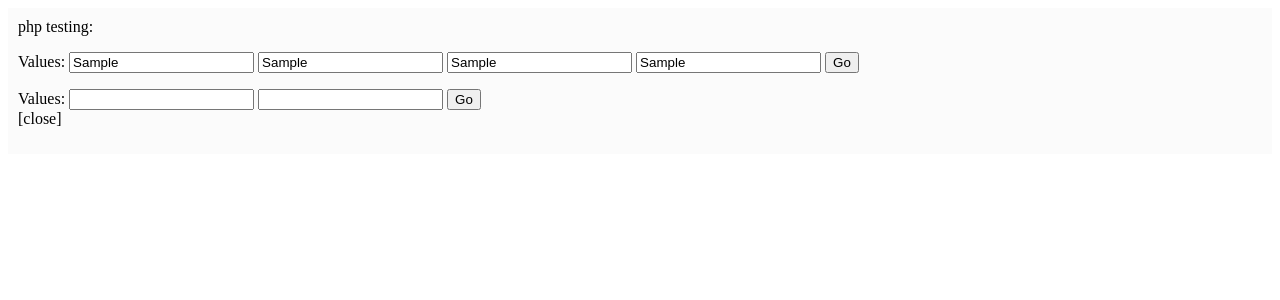
Repository: githubnorm/privat
Page: http://localhost/
An editor plug-in stored every save of this project. The page is shown before and after the next save, followed by the edit.
The browser window is 1280 px wide. The pictures show the whole page.
Empty fields were first filled with sample values (such as "Sample", 5 or name@example.com).
After loading, the first visible `span` was clicked once.
Some web libraries are served in a nearby version. The page is run by PHP 8.4 with error messages shown; the project is at /var/www/html/. Queries for data that is not in the repository find no rows.

Above is the page before, as saved 2014-08-24 14:57:09.

### php/index.php
<!DOCTYPE HTML PUBLIC "-//W3C//DTD HTML 4.01 Transitional//EN" "http://www.w3.org/TR/html4/loose.dtd">
<html>
<head>
<title>php testing</title>
	<meta http-equiv="Content-Type" content="text/html; charset=UTF-8">
	<link rel="stylesheet" type="text/css" href="css/styles.css">
	<script src="http://ajax.googleapis.com/ajax/libs/jquery/1.11.1/jquery.min.js"></script>
	<script src="js/scripts.js"></script>
</head>
<body>
	<div id="main" style="margin: 0px; padding: 10px; background-color: #FBFBFB;">
		php testing:<br>
		<p>
			<form method="post" action="source/db_insert.php?i=company" onSubmit="return ajaxSubmit(this);">
				Values: <input type="text" name="location" />
				<input type="text" name="anfahrt" />
				<input type="text" name="jobs" />
				<input type="text" name="ratings" />
				<input type="submit" name="form_submit" value="Go" />
			</form>
		</p>
		<p>
			<span data-target="hot">
				<!-- db data -->
			</span>
		</p>
		<p>
			<form id="form_add" style="display:none;" method="post" action="source/db_insert.php?i=job" onSubmit="return ajaxSubmit(this);">
				Values: <input type="text" name="position" />
				<input type="text" name="link" />
				<input id="company" type="hidden" name="company" value="-" />
				<input type="submit" name="form_submit" value="Go" />
			</form>
			<span onclick='showAddForm(false)'>[close]</span>
		</p>
	</div>
</body>
</html>

### php/source/db_fetch.php
<?php
	include "db_connection.php";
	include "db_queries.php";
	$db_results = mysql_query($query_companies, $db_connection);

	if($db_results) {
		while ($row = mysql_fetch_array($db_results, MYSQL_NUM)) {
			printf("$row[0], $row[1], $row[2], $row[3], $row[4] [<span onclick='showAddForm($row[0])'>add</span>] | [<span onclick='deleteRow($row[0])'>delete</span>]");
			echo "<br>";
		}
	} else {
		echo "Query failed!";
	}
	mysql_close($db_connection);
?>

### php/source/db_connection.php
<?php

	include "db_config.php";

	/* create connection */
	$db_connection=mysql_connect("$host[$db]","$name[$db]","$pw[$db]");

	/* Check connection */
	if ($db_connection) {
		$db_select=mysql_select_db($dbname[$db],$db_connection);
		if (!$db_select) {
			die("database not selected"); exit;
		}
	} else {
		die("connection faild"); exit;
	}

?>

### php/source/db_config.php
<?php

	$db = "test";
	//$db = "live";

	/*test system*/
	$host['test'] = "localhost";
	$name['test'] = "root";
	$pw['test'] = "";
	$dbname['test'] = "jobsearch_test";

	/*live system*/
	$host['live'] = "db540710562.db.1and1.com";
	$name['live'] = "dbo540710562";
	$pw['live'] = "SQLduke2982";
	$dbname['live'] = "db540710562";

?>

### php/source/db_queries.php
<?php

	$query_companies = "
		SELECT *
		FROM `companies`";

	$query_insert_test = "
		INSERT INTO
		`companies`(`location`, `anfahrt`, `job_ids`, `ratings`)
		VALUES ('Hamburg','U-Bahn','3','3')";


// 	SELECT * FROM `jobs`,`companies` WHERE `jobs`.company=`companies`.company_id

// 	SELECT * FROM `companies` WHERE `jobs`='-'

?>

### php/css/styles.css
/* cursor */
.busy {
	cursor: wait !important;
}

### php/js/scripts.js
var ajaxSubmit = function(formEl) {
	// fetch where we want to submit the form to
	var url = $(formEl).attr('action');

	// fetch the data for the form
	var data = $(formEl).serializeArray();

	$("*").addClass("busy");
	// setup the ajax request
	$.ajax({
		url: url,
		type: 'POST',
		data: data,
		dataType: 'json'
	}).done(function(rsp) {
		if(rsp.success) {
			loadData();
		}
	}).fail(function() {
		alert( "insert failed!" );
		$("*").removeClass("busy");
	})

	// return false so the form does not actually
	// submit to the page
	return false;
}

var loadData = function() {
	$.ajax({
		url: 'source/db_fetch.php',
		dataType: 'html',
		cache: false
	}).done(function(response) {
		$("[data-target='hot']").html(response);
	}).fail(function() {
		alert( "fetch failed!" );
	}).always(function() {
		$("*").removeClass("busy");
	});
	return false;
}

var deleteRow = function(id) {
	$("*").addClass("busy");
	$.ajax({
		url: 'source/db_delete.php?company_id='+id,
		dataType: 'json'
	}).done(function(rsp) {
		if(rsp.success) {
			loadData();
		}
	}).fail(function() {
		alert( "delete failed!" );
		$("*").removeClass("busy");
	})
	return false;
};

var showAddForm = function(id) {
	$('#company').val(id);
	$('#form_add').show();
	return false;
};

$( document ).ready(function() {
	loadData();
});

After the next save:
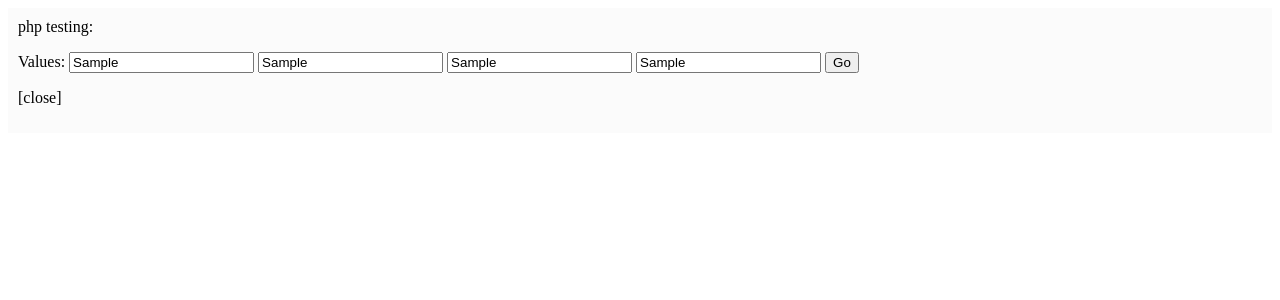
Saved 60 s later.
--- a/php/js/scripts.js
+++ b/php/js/scripts.js
@@ -58,8 +58,12 @@ var deleteRow = function(id) {
 };
 
 var showAddForm = function(id) {
-	$('#company').val(id);
-	$('#form_add').show();
+	if(id) {
+		$('#company').val(id);
+		$('#form_add').show();
+	} else {
+		$('#form_add').hide();
+	}
 	return false;
 };
 
